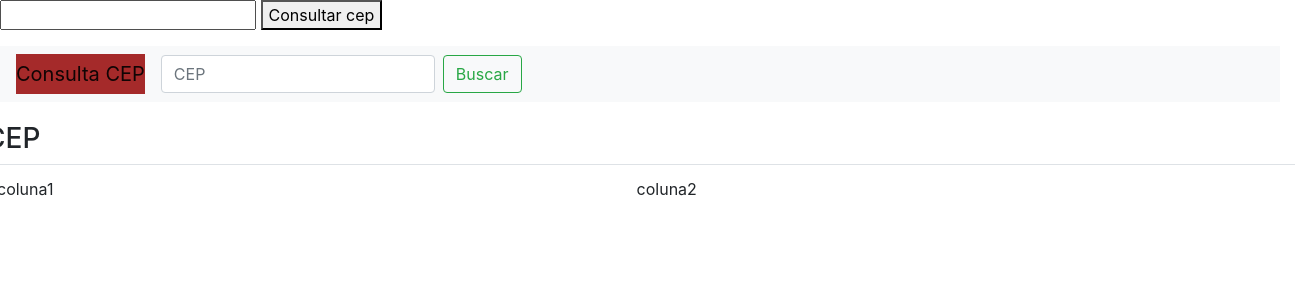
Repository: DaniloBaracho/jquery
Page: index.html
An editor plug-in stored every save of this project. The page is shown before and after the next save, followed by the edit.
The browser window is 1280 px wide. The page is 1295 px wide, so the pictures cover 1295 px, including what lies to the right of the window. The pictures show the whole page.

Above is the page before, as saved 2020-06-19 18:31:34.

After the next save:
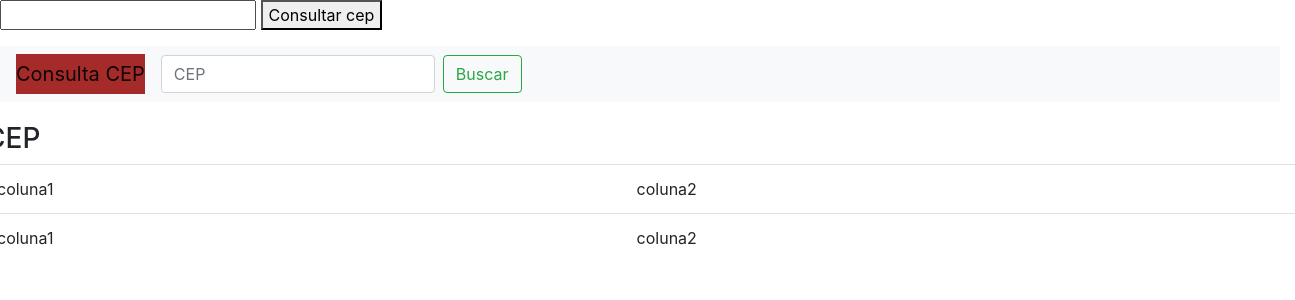
Saved 30 s later.
--- a/index.html
+++ b/index.html
@@ -40,6 +40,14 @@
                                 coluna2
                             </td>
                         </tr>
+                        <tr>
+                            <td>
+                                coluna1
+                            </td>
+                            <td>
+                                coluna2
+                            </td>
+                        </tr>
                     </tbody>
                   </table>
               </div>
